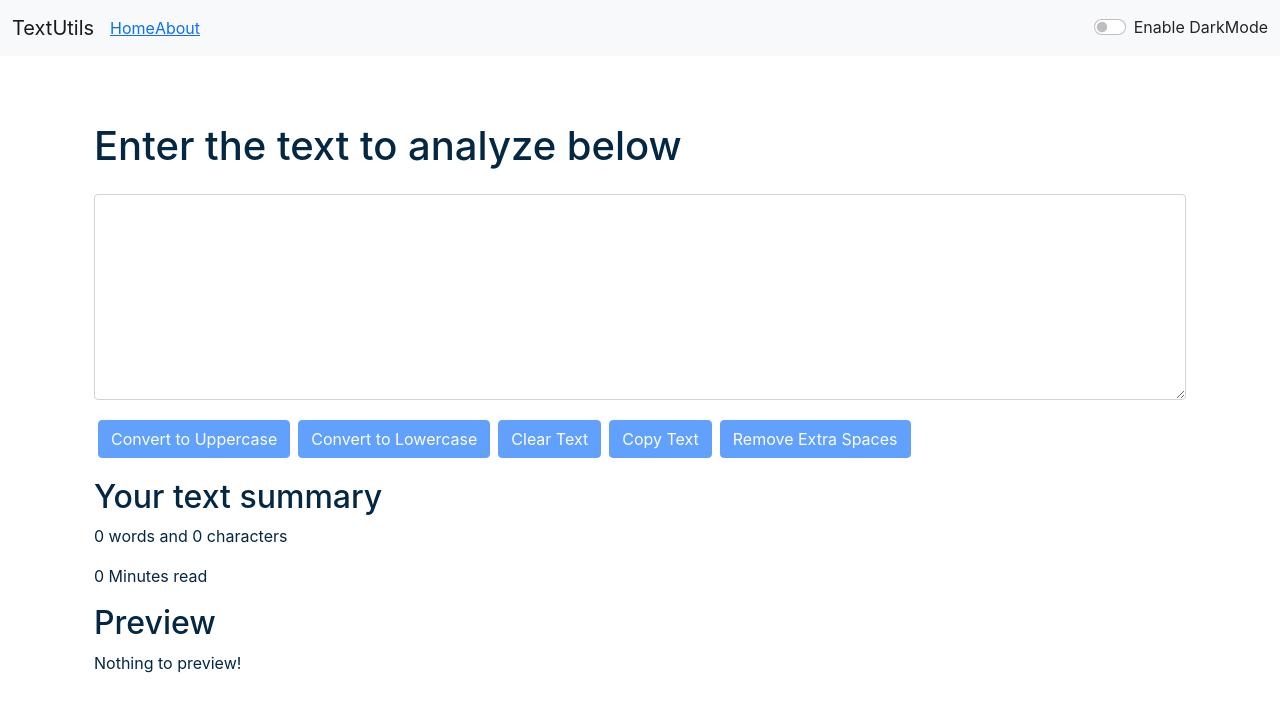
Repository: savantrada0/TextUtils
Page: /
The author's editor kept a copy of each file at every save. The page is drawn from the files as they stood at one save, then again after the next save.
The browser window is 1280 px wide. The pictures show the whole page.
The project was rebuilt for these pictures with package versions that can differ from the ones it lists, and the page was loaded fresh each time. Also part of the build but not shown: src/App.css.

Above is the page before, as saved 2021-10-15 09:24:29.

After the next save:
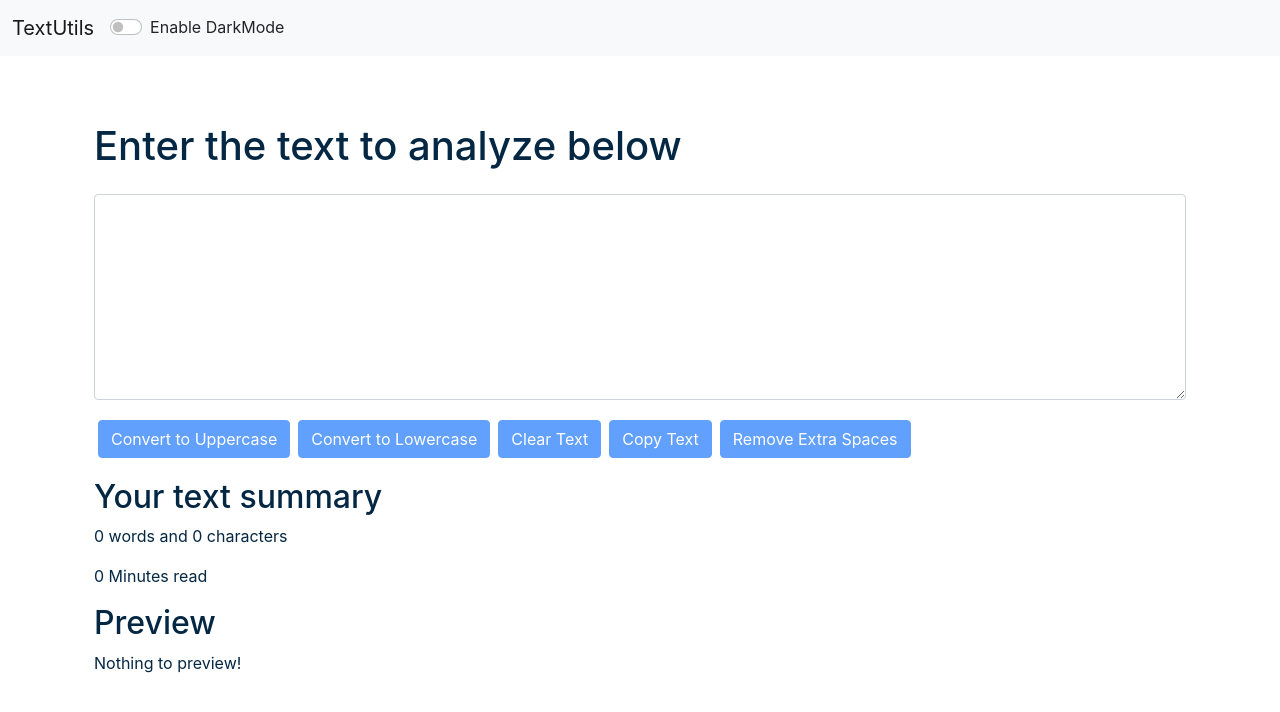
Saved 11 min 58 s later.
--- a/src/components/Navbar.js
+++ b/src/components/Navbar.js
@@ -11,14 +11,14 @@
                     <span className="navbar-toggler-icon"></span>
                 </button>
                 <div className="collapse navbar-collapse" id="navbarSupportedContent">
-                    <ul className="navbar-nav me-auto mb-2 mb-lg-0">
+                    {/* <ul className="navbar-nav me-auto mb-2 mb-lg-0">
                         <li className="nav-item">
                             <a className="nav-a" aria-current="page" href="#">Home</a>
                         </li>
                         <li className="nav-item">
                             <a className="nav-a" href="#">{props.aboutText}</a>
                         </li>
-                    </ul>
+                    </ul> */}
                     <div className={`form-check form-switch text-${props.mode==='light'?'dark':'light'}`}>
                         <input className="form-check-input" onClick={props.toggleMode} type="checkbox" id="flexSwitchCheckDefault"/>
                         <label className="form-check-label" htmlFor="flexSwitchCheckDefault">Enable DarkMode</label>

After the 2 saves that followed:
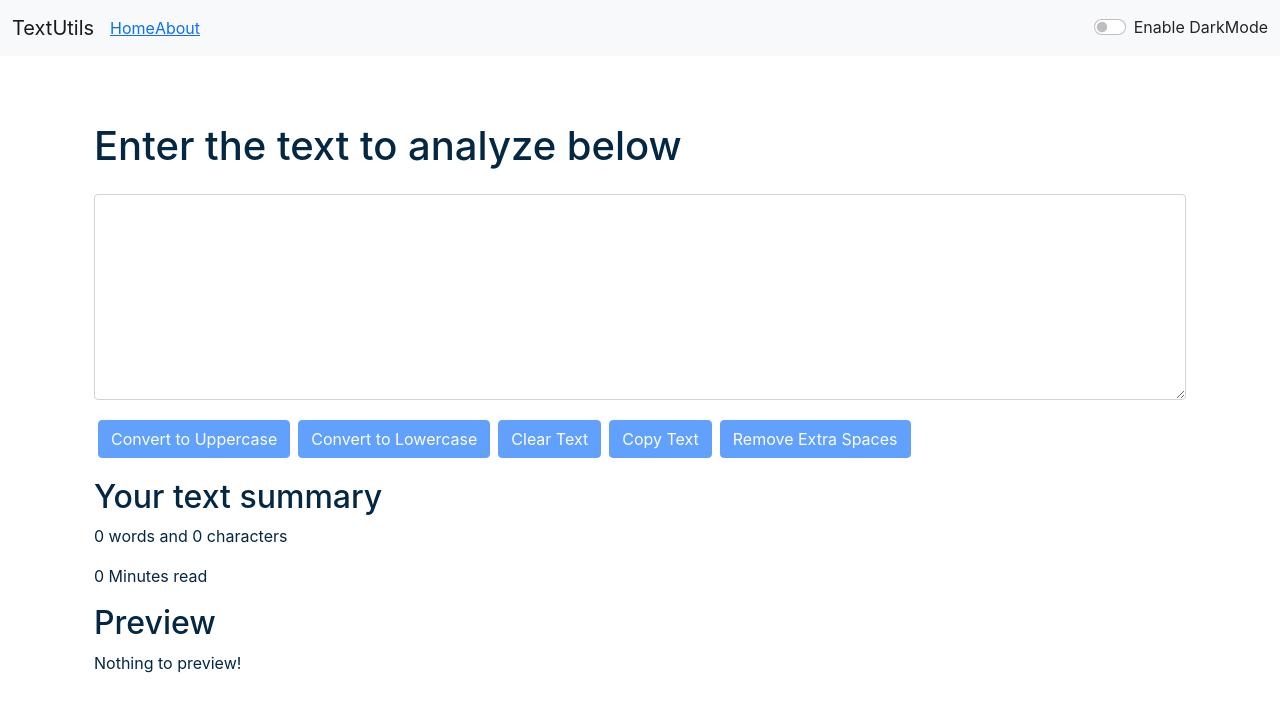
The 2 saves are shown as one change because 1 left the picture as it was.
The last was saved 2 min 12 s later.
--- a/src/components/Navbar.js
+++ b/src/components/Navbar.js
@@ -11,14 +11,14 @@
                     <span className="navbar-toggler-icon"></span>
                 </button>
                 <div className="collapse navbar-collapse" id="navbarSupportedContent">
-                    {/* <ul className="navbar-nav me-auto mb-2 mb-lg-0">
+                    <ul className="navbar-nav me-auto mb-2 mb-lg-0">
                         <li className="nav-item">
                             <a className="nav-a" aria-current="page" href="#">Home</a>
                         </li>
                         <li className="nav-item">
                             <a className="nav-a" href="#">{props.aboutText}</a>
                         </li>
-                    </ul> */}
+                    </ul>
                     <div className={`form-check form-switch text-${props.mode==='light'?'dark':'light'}`}>
                         <input className="form-check-input" onClick={props.toggleMode} type="checkbox" id="flexSwitchCheckDefault"/>
                         <label className="form-check-label" htmlFor="flexSwitchCheckDefault">Enable DarkMode</label>
